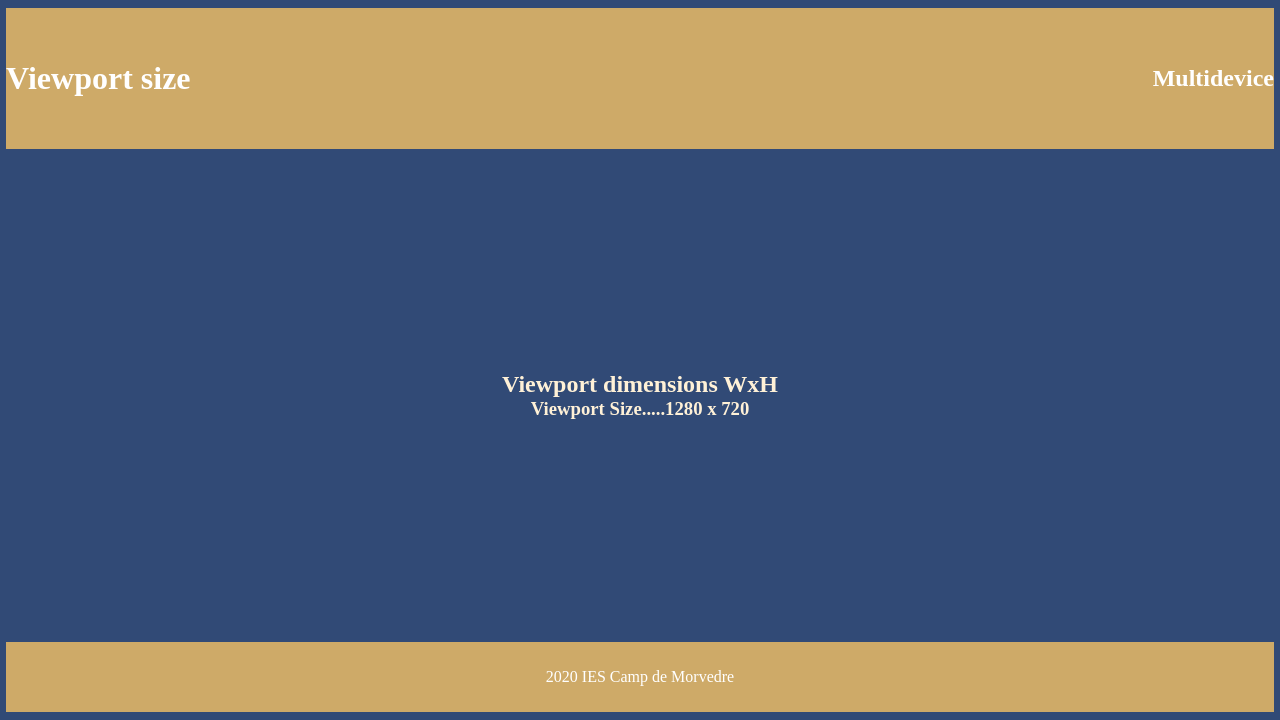
Repository: ufanodev/css-responsive-0
Page: index.html
An editor plug-in stored every save of this project. The page is shown before and after the next save, followed by the edit.
The browser window is 1280 px wide. The pictures show the whole page.

Above is the page before, as saved 2022-12-11 10:37:17.

After the next save:
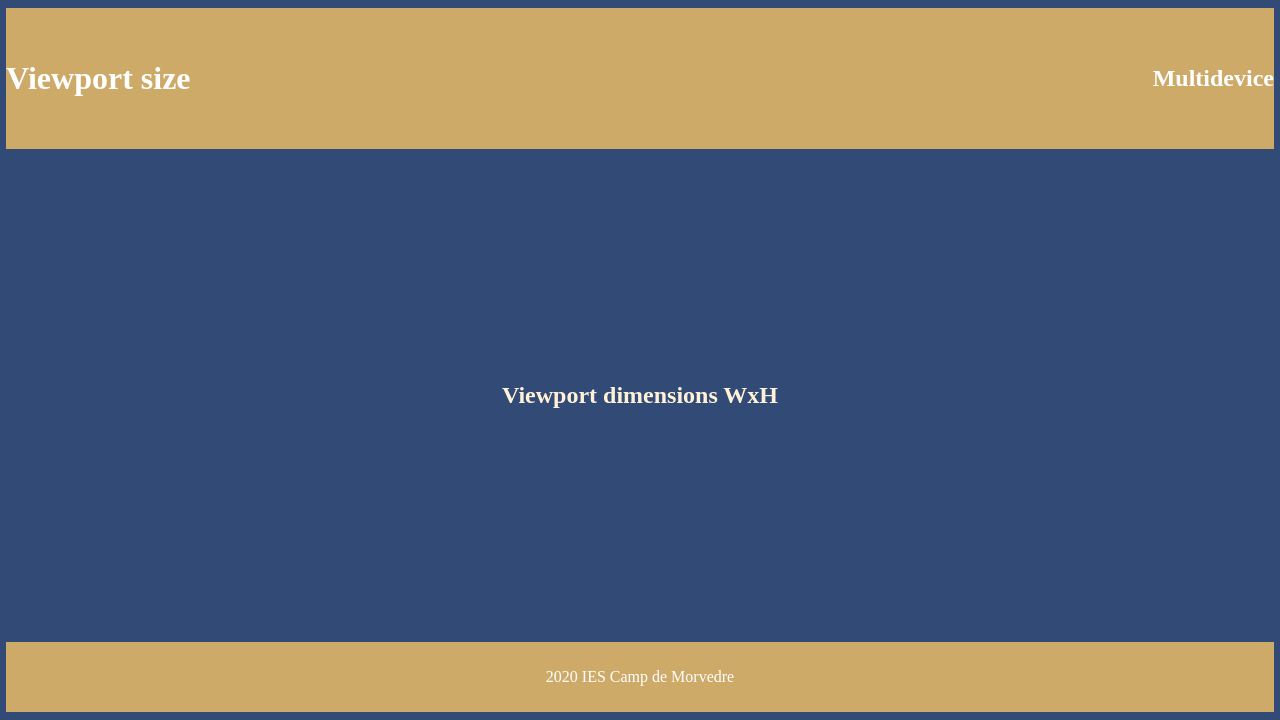
Saved 7 min 37 s later.
--- a/index.html
+++ b/index.html
@@ -5,9 +5,7 @@
 <meta name="viewport" content="width=device-width, initial-scale=1.0"/>
 
     <link href="css/fullpage.css" rel="stylesheet" type="text/css"/>
-
-    <script src="http://code.jquery.com/jquery-3.4.1.js"></script>
-    <script src="script/jQuery_mas_media.js" type="text/javascript"></script>
+    <script src="script/jquery-3.6.1.js" type="text/javascript"></script>
     <script src="script/date.en.js" type="text/javascript"></script>
 
 

After the save that followed:
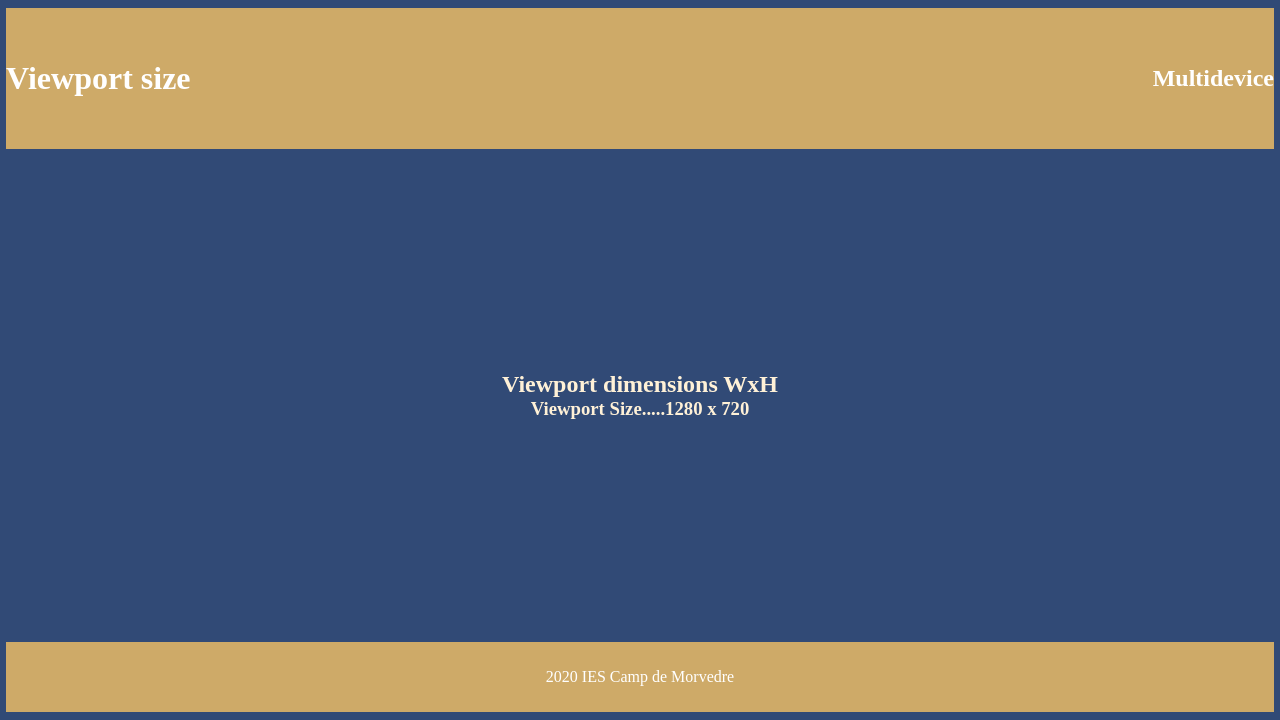
Saved 2 min 10 s later.
--- a/index.html
+++ b/index.html
@@ -6,9 +6,6 @@
 
     <link href="css/fullpage.css" rel="stylesheet" type="text/css"/>
     <script src="script/jquery-3.6.1.js" type="text/javascript"></script>
-    <script src="script/date.en.js" type="text/javascript"></script>
-
-
 </head>
 
 <body>
@@ -23,7 +20,8 @@
     <footer>
         <p><span></span>  IES Camp de Morvedre</p>
     </footer>
-
+    <script src="script/jQuery_mas_media.js" type="text/javascript"></script>
+    <script src="script/date.en.js" type="text/javascript"></script>
 </body>
 
 </html>
